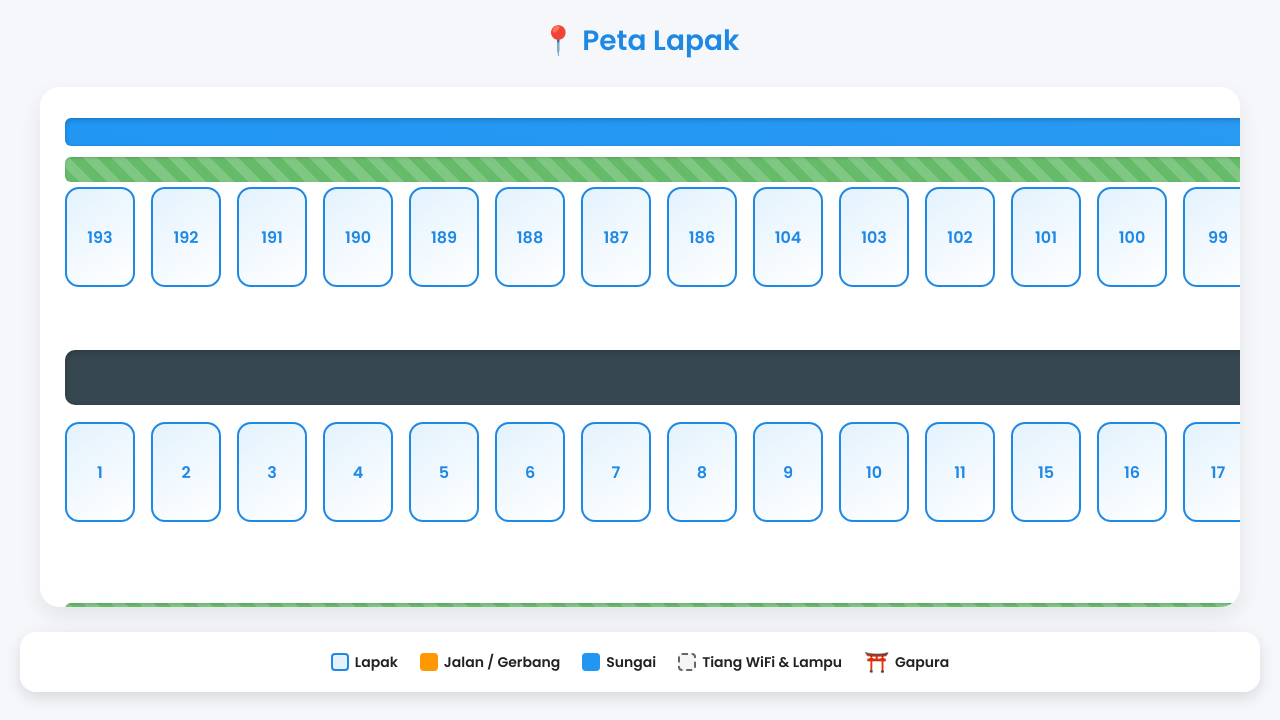
Repository: pasarrakyatbak/denah
Page: index.html
An editor plug-in stored every save of this project. The page is shown before and after the next save, followed by the edit.
The browser window is 1280 px wide. The pictures show the whole page.
An inner scrolling area shows only its first screen.

Above is the page before, as saved 2025-09-19 18:39:19.

### index.html
<!DOCTYPE html>
<html lang="id">

<head>
    <meta charset="utf-8" />
    <meta name="viewport" content="width=device-width, initial-scale=1" />
    <title>Peta Lapak Modern</title>
    <link href="https://fonts.googleapis.com/css2?family=Poppins:wght@400;600&display=swap" rel="stylesheet">
    <link rel="stylesheet" href="style.css" />
</head>

<body>
    <h1>📍 Peta Lapak</h1>

    <!-- Tooltip -->
    <div class="tooltip" id="tooltip"></div>

    <!-- Grid Container -->
    <div class="scroll-container">
        <div class="h-inner">

            <!-- Rumput kiri -->
            <div class="sungai-side">🌊 Sungai</div>
            <div class="rumput"></div>

            <!-- Lapak kiri (atas jalan) -->
            <div class="row top" id="left-side"></div>

            <!-- Jalan utama -->
            <div class="road-wrapper">
                <div class="road">JALAN UTAMA</div>
            </div>

            <!-- Lapak kanan (bawah jalan) -->
            <div class="row bottom" id="right-side"></div>

            <!-- Rumput kanan -->
            <div class="rumput"></div>
            <div class="sungai-side">🌊 Sungai</div>
        </div>
    </div>


    <!-- Legend -->
    <div class="legend">
        <div>
            <div class="legend-color lapak-color"></div> Lapak
        </div>
        <div>
            <div class="legend-color jalan-color"></div> Jalan / Gerbang
        </div>
        <div>
            <div class="legend-color sungai-color"></div> Sungai
        </div>
        <div>
            <div class="legend-color tiang-color"></div> Tiang WiFi & Lampu
        </div>
        <div>
            <div class="legend-icon">⛩️</div> Gapura
        </div>
    </div>
    </div>

    <script src="script.js"></script>
</body>

</html>

### style.css
/* Reset & Base */
* {
    margin: 0;
    padding: 0;
    box-sizing: border-box;
}

body {
    font-family: 'Poppins', sans-serif;
    background: #f5f7fa;
    color: #222;
    padding: 20px;
    text-align: center;
}

h1 {
    font-size: 28px;
    margin-bottom: 25px;
    color: #1e88e5;
    font-weight: 700;
}

/* Scroll container */
.scroll-container {
    width: 100%;
    max-width: 1200px;
    height: 520px;
    overflow: auto;
    background: #fff;
    border-radius: 20px;
    padding: 25px;
    box-shadow: 0 10px 25px rgba(0, 0, 0, 0.08);
    margin: auto;
}

.h-inner {
    display: flex;
    flex-direction: column;
    gap: 5px;
    min-width: max-content;
}

.row {
    display: flex;
    gap: 16px;
    align-items: flex-start;
    flex-wrap: wrap;
    min-width: max-content;
}

/* Lapak modern */
.lapak {
    width: 70px;
    height: 100px;
    border-radius: 14px;
    background: linear-gradient(145deg, #e3f2fd, #ffffff);
    border: 2px solid #1e88e5;
    color: #1e88e5;
    font-weight: 600;
    display: flex;
    align-items: center;
    justify-content: center;
    cursor: pointer;
    font-size: 16px;
    transition: all 0.3s ease;
}

.lapak:hover {
    background: #1e88e5;
    color: #fff;
    transform: translateY(-6px) scale(1.08);
    box-shadow: 0 10px 18px rgba(30, 136, 229, 0.35);
}

/* Jalan utama */
.road {
    height: 85px;
    background: #37474f;
    color: #fff;
    display: flex;
    align-items: center;
    justify-content: center;
    border-radius: 14px;
    font-weight: 700;
    font-size: 16px;
    margin: 12px 0;
    letter-spacing: 1px;
    box-shadow: inset 0 2px 6px rgba(0, 0, 0, 0.2);
}

/* Jalan / Gerbang */
.jalan-gerbang {
    width: 150px;
    height: 50px;
    background: #ff9800;
    color: #fff;
    display: flex;
    align-items: center;
    justify-content: center;
    border-radius: 12px;
    font-weight: 700;
    transition: all 0.3s;
    box-shadow: 0 4px 12px rgba(255, 152, 0, 0.3);
}

.jalan-gerbang:hover {
    background: #fb8c00;
    transform: translateY(-4px);
}

/* Gapura lintas jalan */
.gapura-container {
    width: 70px;
    height: 100px;
    display: flex;
    flex-direction: column;
    align-items: center;
    justify-content: center;
    gap: 4px;
}

.gapura-icon {
    font-size: 26px;
}

.gapura-arrow {
    font-size: 18px;
}

/* Sungai */
.sungai-bawah {
    background: linear-gradient(180deg, #2196f3 0%, #64b5f6 100%);
    border-radius: 12px;
    color: #fff;
    font-weight: 600;
    display: flex;
    align-items: center;
    justify-content: center;
    font-size: 0.85em;
    width: 120%;
    height: 40px;
    box-shadow: 0 3px 8px rgba(33, 150, 243, 0.4);
}

.sungai-atas {
    background: linear-gradient(90deg, #00bfff, #4fc3f7);
    color: #fff;
    font-size: 12px;
    font-weight: bold;
    padding: 4px 10px;
    border-radius: 8px;
    margin-bottom: 5px;
}

/* Tiang WiFi + Lampu */
.tiang-container {
    width: auto;
    min-width: 120px;
    padding: 8px 12px;
    background: #fafafa;
    border: 2px dashed #666;
    border-radius: 16px;
    display: flex;
    flex-direction: row;
    /* <== sejajar horizontal */
    align-items: center;
    justify-content: center;
    gap: 12px;
    /* jarak antar ikon */
    font-size: 22px;
    font-weight: bold;
    color: #444;
    box-shadow: inset 0 2px 6px rgba(0, 0, 0, 0.05);
}

.tiang-label {
    font-size: 11px;
    font-weight: 600;
    color: #222;
}


/* Tooltip */
.tooltip {
    position: absolute;
    background: rgba(30, 136, 229, 0.95);
    color: #fff;
    padding: 7px 12px;
    border-radius: 8px;
    font-size: 13px;
    pointer-events: none;
    opacity: 0;
    transition: opacity 0.2s, transform 0.2s;
    z-index: 10;
    transform: translateY(-4px);
}

/* Legend */
.legend {
    margin-top: 25px;
    background: #fff;
    padding: 14px 20px;
    border-radius: 16px;
    box-shadow: 0 6px 16px rgba(0, 0, 0, 0.12);
    font-size: 14px;
    font-weight: 600;
    line-height: 1.6;
    display: flex;
    gap: 22px;
    justify-content: center;
    flex-wrap: wrap;
}

.legend div {
    display: flex;
    align-items: center;
    gap: 6px;
}

.legend-color {
    width: 18px;
    height: 18px;
    border-radius: 4px;
}

.legend-icon {
    font-size: 20px;
}

/* Legend colors */
.lapak-color {
    background: #e3f2fd;
    border: 2px solid #1e88e5;
}

.jalan-color {
    background: #ff9800;
}

.sungai-color {
    background: #2196f3;
}

.tiang-color {
    background: #f5f5f5;
    border: 2px dashed #666;
}

/* Wrapper */
.lapak-wrapper {
    display: flex;
    flex-direction: column;
    align-items: center;
    gap: 6px;
}

.lapak-wrapper .lapak {
    order: 2;
}

.lapak-wrapper .jalan-gerbang,
.lapak-wrapper .gapura-container,
.lapak-wrapper .sungai-atas,
.lapak-wrapper .sungai-bawah,
.lapak-wrapper .tiang-container {
    order: 1;
}

/* Bungkus jalan + rumput */
.road-wrapper {
    display: flex;
    flex-direction: column;
    gap: 6px;
    width: 100%;
}

/* Jalan utama penuh kiri kanan */
.road {
    height: 55px;
    width: 100%;
    background: #37474f;
    color: #fff;
    display: flex;
    align-items: center;
    justify-content: center;
    border-radius: 10px;
    font-weight: 700;
    font-size: 16px;
    letter-spacing: 1px;
    box-shadow: inset 0 2px 6px rgba(0, 0, 0, 0.2);
}

/* Rumput di sisi jalan */
.rumput {
    height: 25px;
    width: 100%;
    background: repeating-linear-gradient(45deg,
            #66bb6a,
            #66bb6a 10px,
            #81c784 10px,
            #81c784 20px);
    border-radius: 6px;
    box-shadow: inset 0 1px 3px rgba(0, 0, 0, 0.15);
}

/* Sungai samping */
.sungai-side {
    width: 100%;
    height: 28px;
    background: linear-gradient(90deg, #2196f3, #64b5f6);
    border-radius: 6px;
    color: #fff;
    font-weight: 600;
    font-size: 13px;
    display: flex;
    align-items: center;
    justify-content: center;
    gap: 6px;
    box-shadow: inset 0 2px 5px rgba(0, 0, 0, 0.2);
    margin: 6px 0;
}

/* Responsive */
@media(max-width:900px) {
    .scroll-container {
        height: 450px;
    }

    .lapak {
        width: 60px;
        height: 90px;
        font-size: 14px;
    }

    .jalan-gerbang {
        width: 120px;
        height: 45px;
        font-size: 13px;
    }
}

@media(max-width:600px) {
    body {
        padding: 12px;
    }

    h1 {
        font-size: 22px;
    }

    .scroll-container {
        height: 400px;
        padding: 12px;
    }

    .lapak {
        width: 50px;
        height: 80px;
        font-size: 13px;
    }

    .jalan-gerbang {
        width: 100px;
        height: 40px;
        font-size: 12px;
    }

    .sungai-bawah {
        width: 100%;
        height: 35px;
        font-size: 0.75em;
    }
}

### script.js
// DATA NOMOR
const leftNumbers = [1, 2, 3, 4, 5, 6, 7, 8, 9, 10, 11, 15, 16, 17, 18, 19, 20, 21, 22, 23, 24, 25, 26, 27, 28, 29, 30, 31, 32, 33, 34, 35, 36, 37, 38, 39, 40, 41, 42, 43, 44, 45, 46, 47, 48, 49, 50, 51, 52, 53, 54, 55, 56, 57, 58, 59, 60, 61, 62, 63, 64, 65, 66, 67, 68, 69, 70, 71, 72, 73, 74, 75, 76, 77, 78, 79, 80, 81, 82, 83, 84, 85, 86, 87, 88, 89, 90, 91, 92, 93, 94, 95, 96, 97, 98, 99, 100, 101, 102, 103, 104, 186, 187, 188, 189, 190, 191, 192, 193];
const rightNumbers = [194, 195, 196, 197, 198, 199, 200, 201, 202, 203, 204, 205, 206, 207, 208, 209, 210, 211, 212, 213, 105, 106, 107, 108, 109, 110, 111, 112, 113, 114, 115, 116, 117, 118, 119, 120, 121, 122, 123, 124, 125, 126, 127, 128, 129, 130, 131, 132, 133, 134, 135, 136, 137, 138, 214, 215, 216, 139, 140, 141, 142, 143, 144, 145, 146, 147, 148, 149, 150, 151, 152, 153, 154, 155, 156, 157, 158, 159, 160, 161, 162, 163, 164, 165, 166, 167, 168, 169, 170, 171, 172, 173, 174, 175, 176, 177, 178, 179, 180, 181, 182, 183, 184, 185];

const rightSide = document.getElementById('right-side');
const leftSide = document.getElementById('left-side');

// Buat lapak
function makeLapak(num) {
    const d = document.createElement('div');
    d.className = 'lapak';
    d.textContent = num;
    return d;
}

leftNumbers.forEach(n => rightSide.appendChild(makeLapak(n)));
leftNumbers.slice().reverse().forEach(n => leftSide.appendChild(makeLapak(n)));

// Gerbang
function insertGerbangBetween(parent, a, b, label = 'Gerbang') {
    const children = Array.from(parent.children);
    const idxA = children.findIndex(c => c.textContent == String(a));
    const idxB = children.findIndex(c => c.textContent == String(b));
    if (idxA === -1 || idxB === -1) return;
    const insertAfterIndex = Math.min(idxA, idxB);
    const refNode = parent.children[insertAfterIndex + 1] || null;
    const g = document.createElement('div');
    g.className = 'jalan-gerbang';
    g.textContent = label;
    parent.insertBefore(g, refNode);
}
insertGerbangBetween(leftSide, 2, 3);
insertGerbangBetween(leftSide, 11, 15);

// Gapura lintas jalan
function insertGapura(leftParent, rightParent, a, b) {
    const idxL = Array.from(leftParent.children).findIndex(c => c.textContent == a);
    const idxR = Array.from(rightParent.children).findIndex(c => c.textContent == b);
    if (idxL === -1 || idxR === -1) return;

    const gapuraBottom = document.createElement('div');
    gapuraBottom.className = 'gapura-container';
    gapuraBottom.innerHTML = `<div class="gapura-icon">⛩️</div><div class="gapura-arrow">⬆️</div>`;
    leftParent.insertBefore(gapuraBottom, leftParent.children[idxL + 1]);

    const gapuraTop = document.createElement('div');
    gapuraTop.className = 'gapura-container';
    gapuraTop.innerHTML = `<div class="gapura-arrow">⬇️</div><div class="gapura-icon">⛩️</div>`;
    rightParent.insertBefore(gapuraTop, rightParent.children[idxR]);
}
insertGapura(leftSide, rightSide, 57, 146);

// Sungai
function placeSungaiBelow(parent, num) {
    const target = Array.from(parent.children).find(c => c.textContent == num);
    if (!target) return;
    const wrapper = document.createElement('div');
    wrapper.className = 'lapak-wrapper';
    wrapper.setAttribute('data-lapak', num);
    parent.insertBefore(wrapper, target);
    wrapper.appendChild(target);

    const sungai = document.createElement('div');
    sungai.className = 'sungai-bawah';
    sungai.textContent = 'Sungai';
    wrapper.appendChild(sungai);
}
function placeSungaiAbove(parent, num) {
    const target = Array.from(parent.children).find(c => c.textContent == num);
    if (!target) return;
    const wrapper = document.createElement('div');
    wrapper.className = 'lapak-wrapper';
    wrapper.setAttribute('data-lapak', num);
    parent.insertBefore(wrapper, target);
    wrapper.appendChild(target);

    const sungai = document.createElement('div');
    sungai.className = 'sungai-atas';
    sungai.textContent = 'Sungai';
    wrapper.insertBefore(sungai, target);
}
placeSungaiBelow(leftSide, 62);
placeSungaiAbove(rightSide, 141);

// Tiang WiFi + Lampu
function insertTiangAbove(parent, num) {
    const target = Array.from(parent.children).find(c => c.textContent == num);
    if (!target) return;

    const wrapper = document.createElement('div');
    wrapper.className = 'lapak-wrapper';
    parent.insertBefore(wrapper, target);
    wrapper.appendChild(target);

    const tiang = document.createElement('div');
    tiang.className = 'tiang-container';
    tiang.innerHTML = `
        <span>📡<div class="tiang-label">WiFi</div></span>
        <span>💡<div class="tiang-label">Lampu</div></span>
    `;
    wrapper.insertBefore(tiang, target);
}

// Jalan
function insertJalan(parent, a, b, label = 'Jalan') {
    const idxA = Array.from(parent.children).findIndex(c => c.textContent == a);
    const idxB = Array.from(parent.children).findIndex(c => c.textContent == b);
    if (idxA === -1 || idxB === -1) return;
    const insertAfter = Math.min(idxA, idxB);
    const refNode = parent.children[insertAfter + 1] || null;
    const jalan = document.createElement('div');
    jalan.className = 'jalan-gerbang';
    jalan.textContent = label;
    parent.insertBefore(jalan, refNode);
}

// Contoh insert
insertJalan(rightSide, 156, 157);
insertJalan(rightSide, 216, 139);
insertJalan(rightSide, 163, 164);
insertJalan(rightSide, 180, 181);
insertTiangAbove(rightSide, 20, 201);
insertTiangAbove(rightSide, 108, 109);
insertTiangAbove(rightSide, 124, 125);
insertTiangAbove(rightSide, 137, 138);

const tooltip = document.getElementById('tooltip');

function showTooltip(e, text) {
    tooltip.textContent = text;
    tooltip.style.left = e.pageX + 10 + 'px';
    tooltip.style.top = e.pageY + 10 + 'px';
    tooltip.style.opacity = 1;
}

function hideTooltip() {
    tooltip.style.opacity = 0;
}

// Tambahkan tooltip untuk setiap elemen
document.querySelectorAll('.lapak').forEach(el => {
    el.addEventListener('mouseenter', e => showTooltip(e, 'Lapak #' + el.textContent));
    el.addEventListener('mousemove', e => showTooltip(e, 'Lapak #' + el.textContent));
    el.addEventListener('mouseleave', hideTooltip);
});

document.querySelectorAll('.jalan-gerbang').forEach(el => {
    el.addEventListener('mouseenter', e => showTooltip(e, 'Jalan / Gerbang: ' + el.textContent));
    el.addEventListener('mousemove', e => showTooltip(e, 'Jalan / Gerbang: ' + el.textContent));
    el.addEventListener('mouseleave', hideTooltip);
});

document.querySelectorAll('.sungai-bawah, .sungai-atas').forEach(el => {
    el.addEventListener('mouseenter', e => showTooltip(e, 'Sungai'));
    el.addEventListener('mousemove', e => showTooltip(e, 'Sungai'));
    el.addEventListener('mouseleave', hideTooltip);
});

document.querySelectorAll('.tiang-container').forEach(el => {
    el.addEventListener('mouseenter', e => showTooltip(e, 'Tiang WiFi & Lampu'));
    el.addEventListener('mousemove', e => showTooltip(e, 'Tiang WiFi & Lampu'));
    el.addEventListener('mouseleave', hideTooltip);
});

document.querySelectorAll('.gapura-container').forEach(el => {
    el.addEventListener('mouseenter', e => showTooltip(e, 'Gapura Lintas Jalan'));
    el.addEventListener('mousemove', e => showTooltip(e, 'Gapura Lintas Jalan'));
    el.addEventListener('mouseleave', hideTooltip);
});

After the next save:
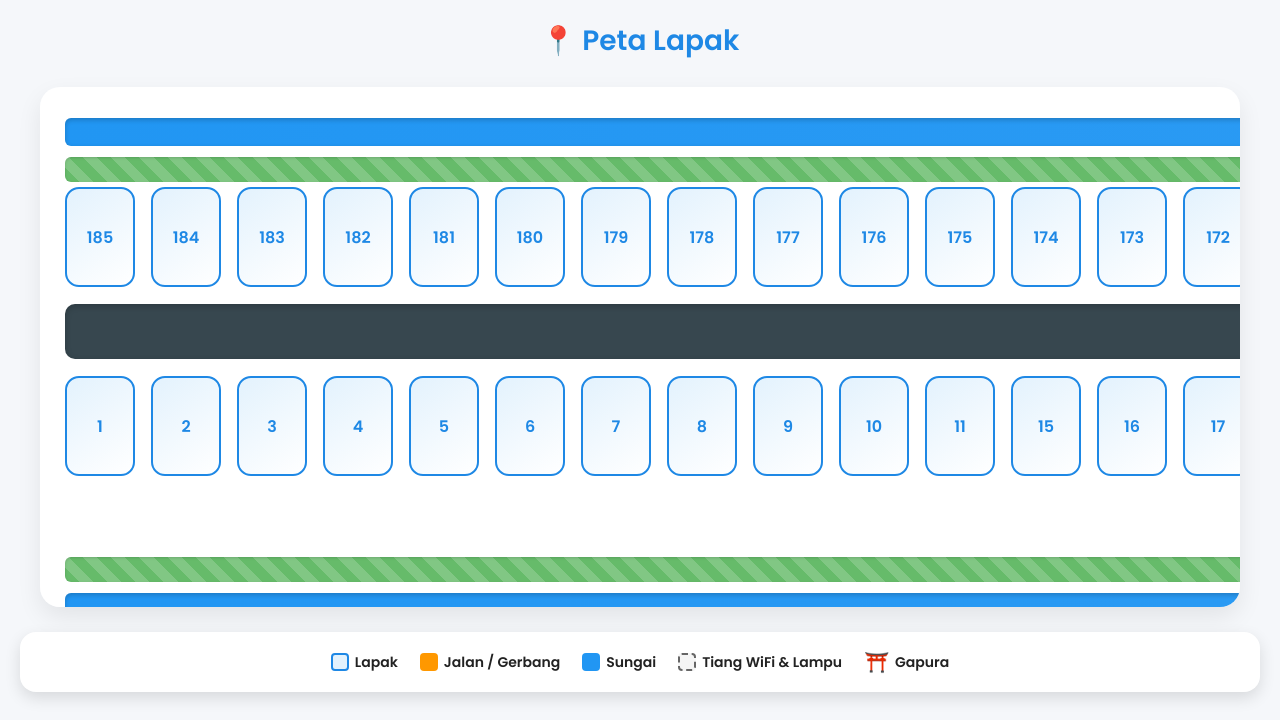
Saved 8 s later.
--- a/script.js
+++ b/script.js
@@ -14,7 +14,7 @@ function makeLapak(num) {
 }
 
 leftNumbers.forEach(n => rightSide.appendChild(makeLapak(n)));
-leftNumbers.slice().reverse().forEach(n => leftSide.appendChild(makeLapak(n)));
+rightNumbers.slice().reverse().forEach(n => leftSide.appendChild(makeLapak(n)));
 
 // Gerbang
 function insertGerbangBetween(parent, a, b, label = 'Gerbang') {
